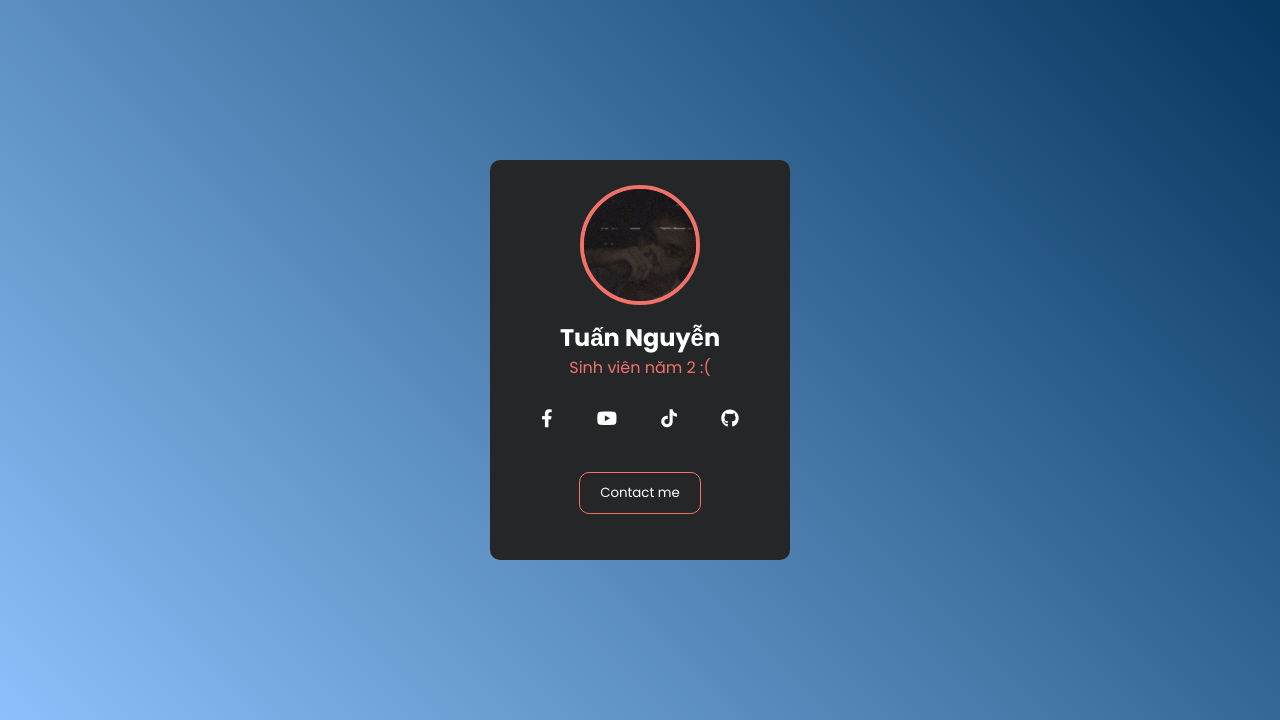
Repository: Zenchancute/HTML-CSS-tutorial-
Page: profile/index.html
An editor plug-in stored every save of this project. The page is shown before and after the next save, followed by the edit.
The browser window is 1280 px wide. The pictures show the whole page.

Above is the page before, as saved 2021-11-28 20:03:05.

After the next save:
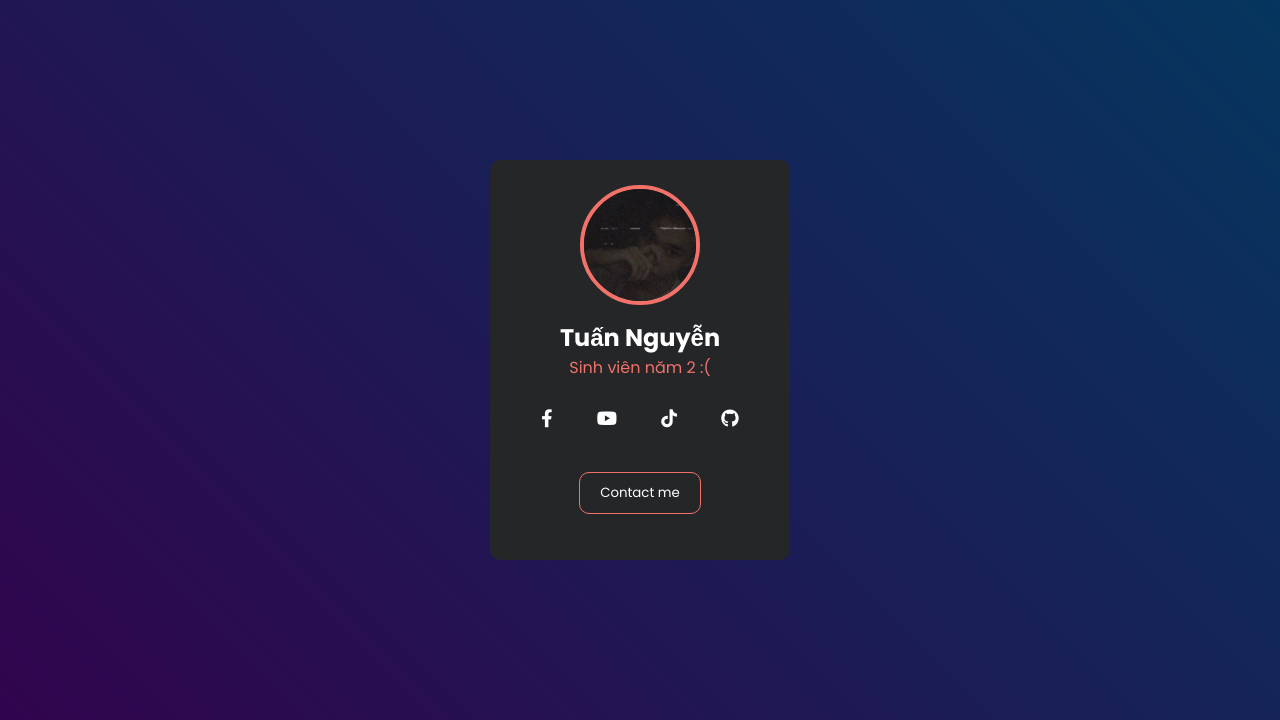
Saved 12 s later.
--- a/profile/style.css
+++ b/profile/style.css
@@ -12,7 +12,7 @@
 
 body {
     height: 100vh;
-    background: linear-gradient(45deg, #8dc0fa, #05365e);
+    background: linear-gradient(45deg, #31044e, #05365e);
     display: flex;
     justify-content: center;
     align-items: center;
